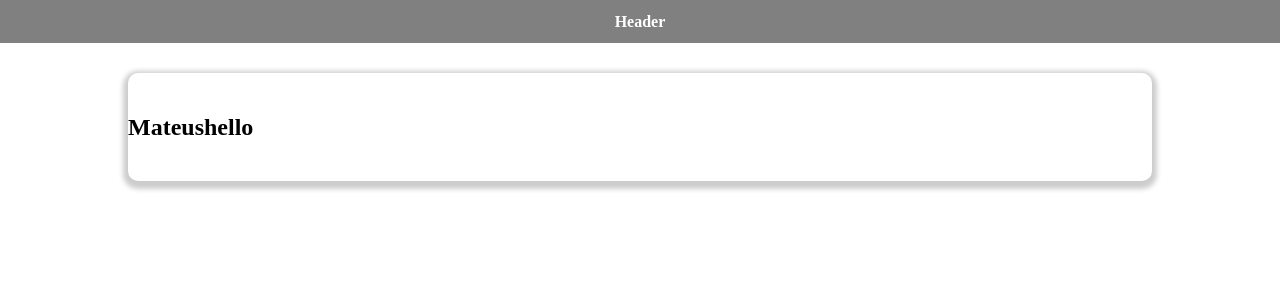
Repository: mateus-henrique-silva/react-system
Page: /
These files come from the project's save history. The page is drawn as it stood at one moment and after a run of saves; the edit follows.
The browser window is 1280 px wide. The pictures show the whole page.
The project was rebuilt for these pictures with package versions that can differ from the ones it lists, and the page was loaded fresh each time. Also part of the build but not shown: src/Components/Text/Text.jsx.

Above is the page before, as saved 2022-09-23 15:48:30.

After the next 5 saves:
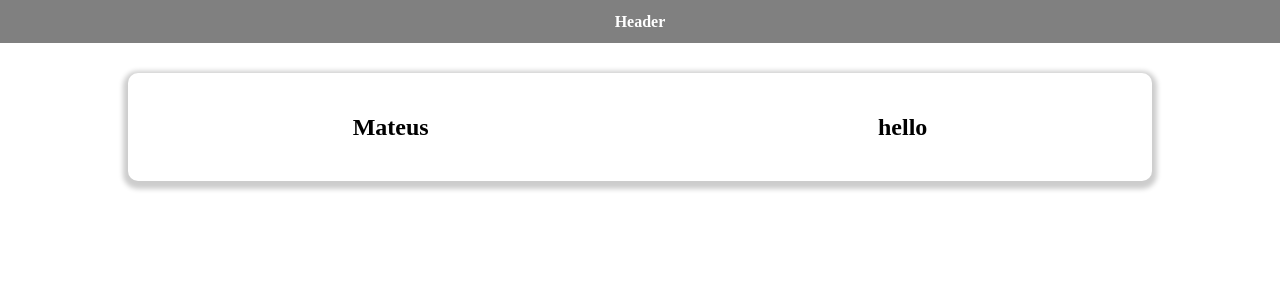
The 5 saves are shown as one change because they came seconds apart.
The last was saved 22 s later.
--- a/src/Components/Box/Styles.css
+++ b/src/Components/Box/Styles.css
@@ -3,6 +3,7 @@
   height: 15vh;
 display: flex;
 align-items: center;
+justify-content:space-around;
   border-radius: 10px;
   -webkit-box-shadow: 0px 1px 5x 5px rgba(0, 0, 0, 0.2);
   box-shadow: 0px 3px 5px 5px rgba(0, 0, 0, 0.2);
